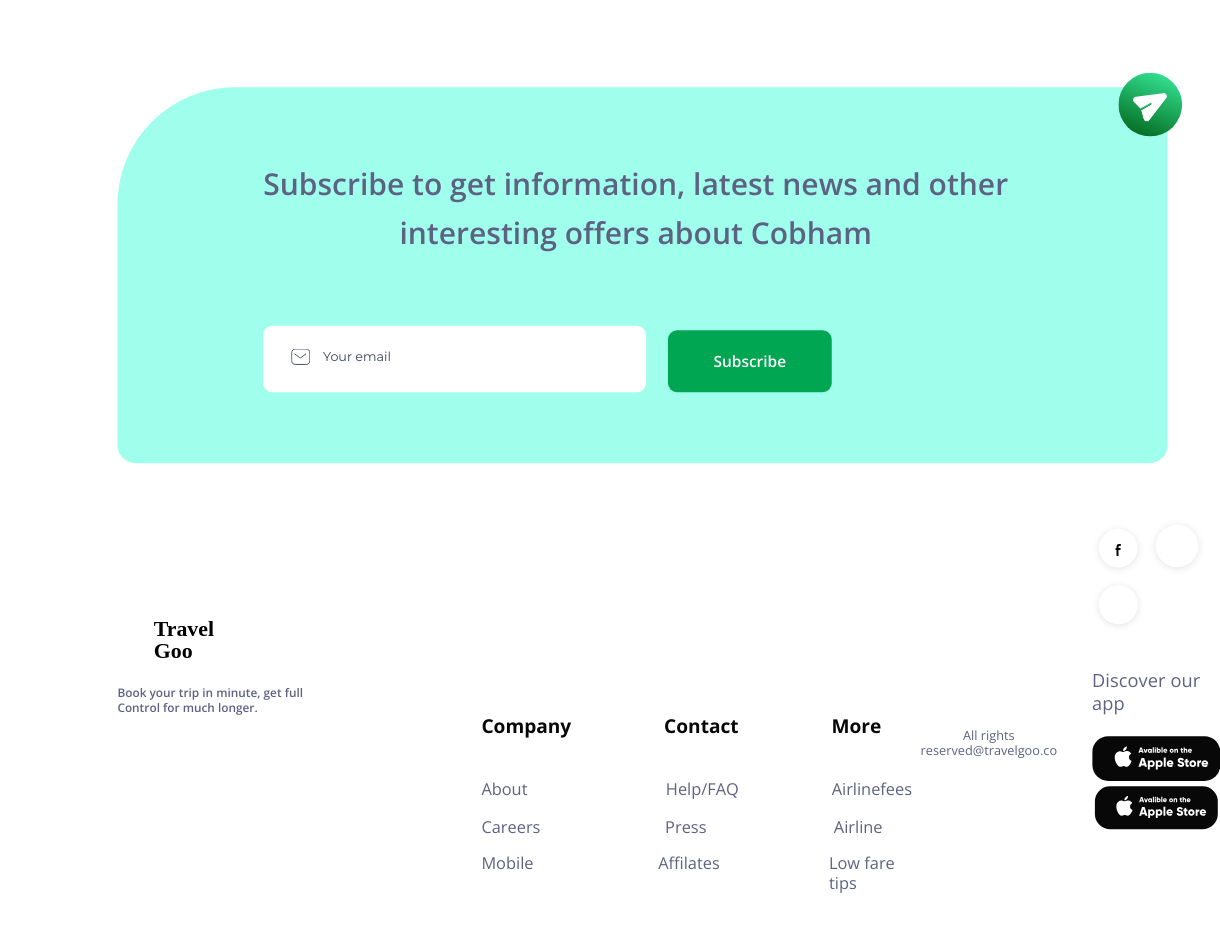
Repository: HeybetzadeQedim/task-5
Page: index.html
The author's editor kept a copy of each file at every save. The page is drawn from the files as they stood at one save, then again after the next save.
The browser window is 1280 px wide. The page is 1341 px wide, so the pictures cover 1341 px, including what lies to the right of the window. The pictures show the whole page, at 91% of full size.
Some web fonts or font styles are not loaded; a fallback is used.

Above is the page before, as saved 2023-10-16 15:50:38.

After the next save:
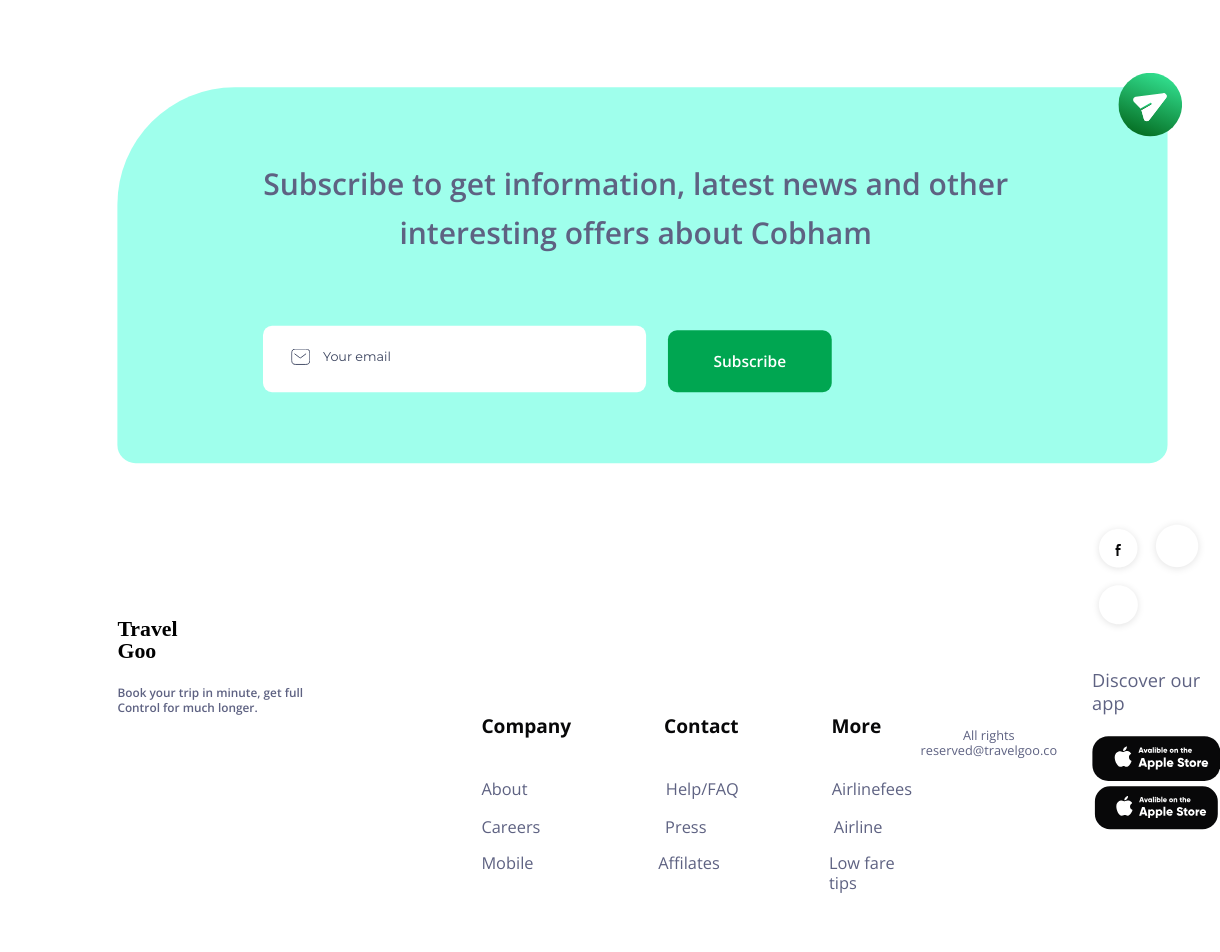
Saved 45 s later.
--- a/index.css
+++ b/index.css
@@ -85,7 +85,7 @@
 }
 .main-container h2 {
   margin-bottom: 25px;
-  margin-left: 40px;
+  /* margin-left: 40px; */
   color: #000;
   font-family: Laila;
   font-size: 24px;
